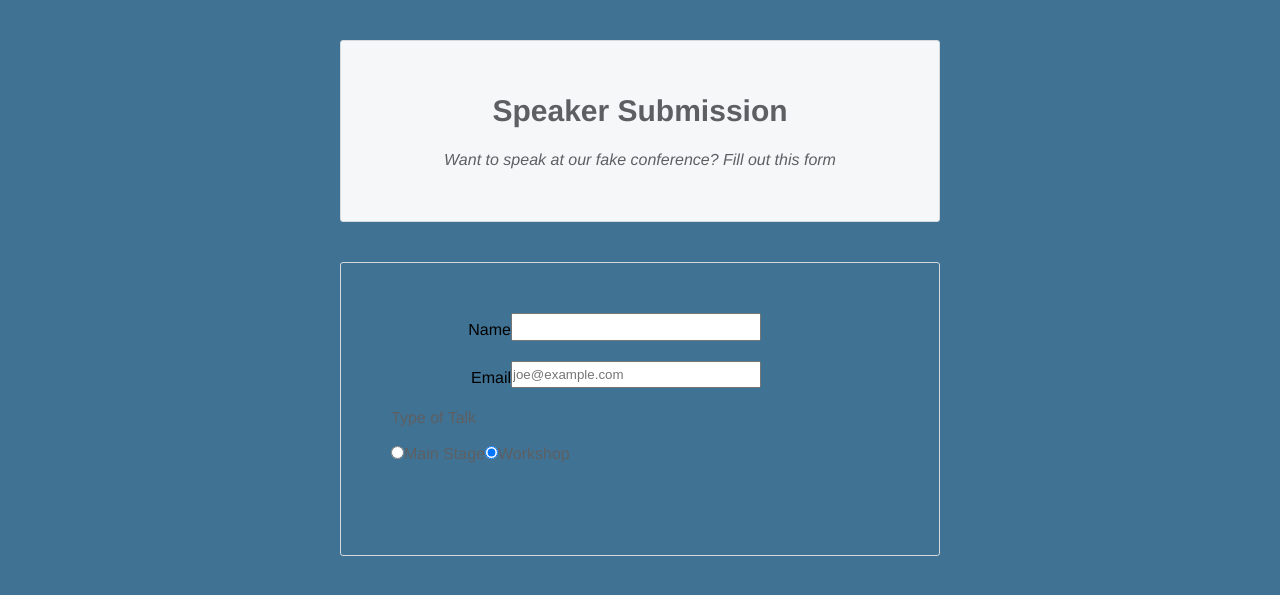
Repository: randomUser134923/pet-projects
Page: CSS_practice/7_forms/index.html
The author's editor kept a record of every edit. The page is drawn from the files as they stood at one moment, then again after the next edit.
The browser window is 1280 px wide. The pictures show the whole page.

Above is the page before.

### CSS_practice/7_forms/index.html
<!DOCTYPE html>
<html lang='en'>
    <head>
        <meta charset='UTF-8'/>
        <title>Speaker Submission</title>
        <link rel='stylesheet' href='style.css'/>
    </head>

    <body>
        <header class='speaker-form-header'>
            <h1> Speaker Submission </h1>
            <p><em>Want to speak at our fake conference? Fill out this form</em></p>
        </header>

        <form action='' method='get' class='speaker-form'>
            <div class='form-row'>
                <label for='full name'>Name</label>
                <input id='full-name' name='full-name' type='text'/>
            </div>

            <div class='form-row'>
                <label for='email'>Email</label>
                <input id='email' name='email' type='email' placeholder='joe@example.com'/>
            </div>

            <fieldset class='legacy-form-row'>
              <legend>Type of Talk</legend>
              <input id='talk-type-1'
                     name='talk-type'
                     type='radio'
                     value='main-stage' />
              <label for='talk-type-1' class='radio-label'>Main Stage</label>
              <input id='talk-type-2'
                     name='talk-type'
                     type='radio'
                     value='workshop'
                     checked />
              <label for='talk-type-2' class='radio-label'>Workshop</label>
            </fieldset>

        </form>
    </body>
</html>

### CSS_practice/7_forms/style.css
* {
    margin: 0;
    padding: 0;
    box-sizing: border-box;
}

body {
    color: #5D6063;
    background-color: #EAEDF0;
    font-family: "Helvetica", "Arial", sans-serif;
    font-size: 16px;
    line-height: 1.3;
    display: flex;
    flex-direction: column;
    align-items: center;
}

.speaker-form-header {
    text-align: center;
    background-color: #F6F7F8;
    border: 1px solid #D6D9DC;
    border-radius: 3px;
    width: 80%;
    margin: 40px 0;
    padding: 50px;
}

.speaker-form-header h1 {
    font-size: 30px;
    margin-bottom: 20px;
}

.speaker-form {
    bacgkround-color: #F6F7F8;
    border: 1px solid #D6D9DC;
    border-radius: 3px;

    width: 80%;
    padding: 50px;
    margin: 0 0 40px 0;
}

.form-row {
    margin-bottom: 40px;
    display: flex;
    justify-content: flex-start;
    flex-direction: column;
    flex-wrap: wrap;
}

.form-row input[type='text']
.form-row input[type='email']
{
    background-color: #FFFFFF;
    border: 1px solid #D6D9DC;
    border-radius: 3px;
    width: 100%;
    padding: 7px;
    font-size: 14px;
}

.form-row {
    margin-bottom: 15px;
}


.legacy-form-row {
    border: none;
    margin-bottom: 40px;
}

.legacy-form-row legend {
    margin-bottom:15px;
}

.legacy-form-row .raido-label {
    display: block;
    font-size: 14px;
    padding: 0 20px 0 10px;
}

.legacy-form-row input[type='radio'] {
    margin-top: 2px;
}

.legacy-form-row .radio-label ,
.legacy-form-row input[type='radio'] {
    float:left;
}

@media only screen and (min-width: 700px) {

    body {
        background-color: #407294;
    }

    .speaker-form-header , .speaker-form {
        width: 600px;
    }

    .form-row {
        flex-direction: row;
        align-item: flex-start;
        margin-bottom: 20px;
    }

    .form-row input[type='text'],
    .form-row input[type='email'],
    .from-row select,
    .from-row textarea
    {
        width: 250px;
        height: auto;
    }

    .form-row input[type='text']:invalid,
    .form-row input[type='email']:invalid
    {
        border: 1px solid #5DDC5F;
        color: #D55C5F;

    }

    .form-row label {
        text-align: right;
        width: 120px;
        color: black;
        margin-right: 0px;
        margin-top: 7px;
    }

    .legacy-form-row .raido-label {
        display: block;
        font-size: 14px;
        padding: 0 20px 0 10px;
    }

}

After the next edit:
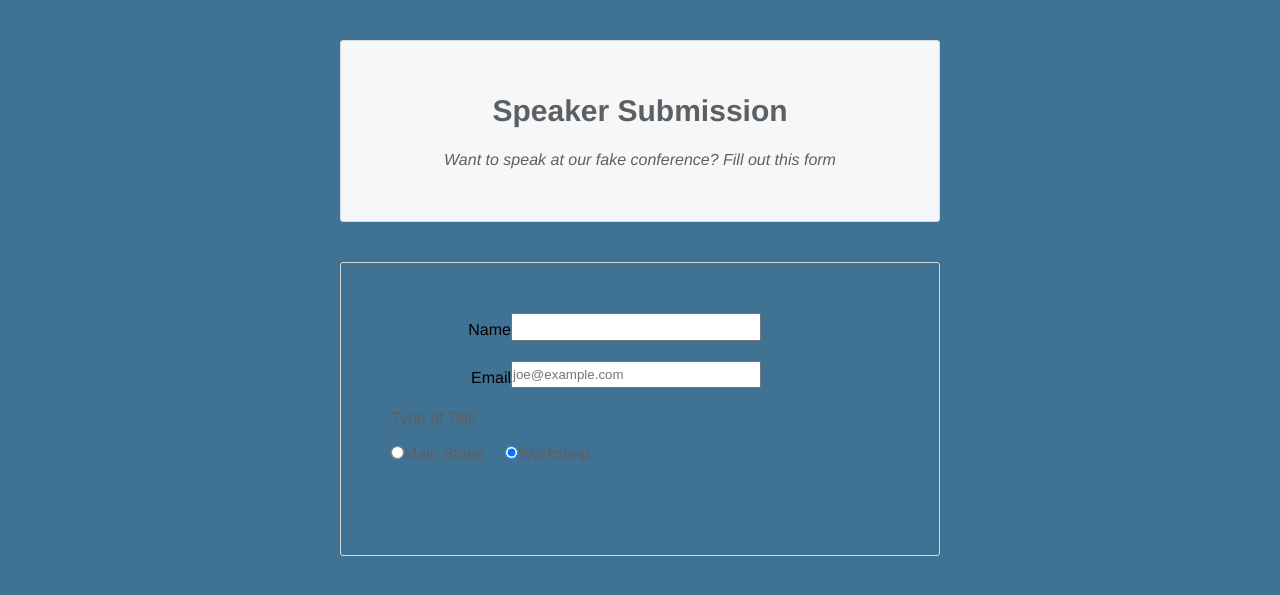
The edit:
--- a/CSS_practice/7_forms/style.css
+++ b/CSS_practice/7_forms/style.css
@@ -129,10 +129,8 @@
         margin-top: 7px;
     }
 
-    .legacy-form-row .raido-label {
-        display: block;
-        font-size: 14px;
-        padding: 0 20px 0 10px;
+    .legacy-form-row .radio-label {
+        margin-right: 20px;
     }
 
 }
